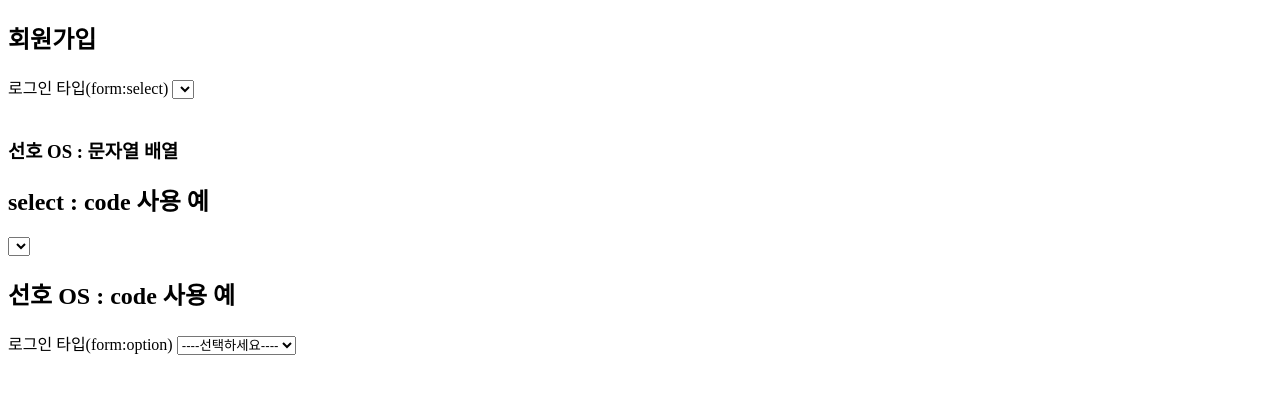
Repository: hanskim431/STS_Study
Page: http://localhost/sp5-chap11/WEB-INF/view/form/form2.jsp
These files come from the project's save history. The page is drawn as it stood at one moment and after the next save; the edit follows.
The browser window is 1280 px wide. The pictures show the whole page.
The page is served by Tomcat 9. Nobody is signed in. Other server files are loaded and not shown. The template is opened directly, without the code that normally fills it, so the values that code supplies are empty.

Above is the page before, as saved 2023-06-09 03:06:49.

### sp5-chap11/src/main/webapp/WEB-INF/view/form/form2.jsp
<%@ page language="java" contentType="text/html; charset=UTF-8"
    pageEncoding="UTF-8"%>
<%@ taglib prefix="c" uri="http://java.sun.com/jsp/jstl/core" %>
<%@ taglib prefix="form" uri="http://www.springframework.org/tags/form" %>
<!DOCTYPE html>
<html>
<head>
<meta charset="UTF-8">
<title>Insert title here</title>
</head>
<body>
<h2>회원가입</h2>
<form:form modelAttribute="formCommand">
	<!--  -->
	<div>
		<label for="loginType">로그인 타입(form:select)</label>
		<form:select path="loginType" items="${loginType}"></form:select>
	</div>

	<br>

	<div>
	<h3>선호 OS : 문자열 배열</h3>
	<form:checkboxes items="${favoriteOsNames}" path="favoriteOS" element="div"/>
	</div>

	<div>
	<h2>select : code 사용 예</h2>
	<form:select path="jobCode">
		<form:options items="${jobCode}" itemLabel="label" itemValue="code"/>
	</form:select>
	</div>

	<div>
	<h2>선호 OS : code 사용 예</h2>
		<form:checkboxes items="${favoriteOsCodes}" path="favoriteOS" itemLabel="label" itemValue="code"/>
	</div>
</form:form>

<form:form modelAttribute="formCommand">
	<div>
		<label for="loginType">로그인 타입(form:option)</label>
		<form:select path="loginType">
			<option value="">----선택하세요----</option>
			<form:option value="특수회원"/>
			<form:options items="${loginType}"/>
		</form:select>
	</div>

</form:form>
</body>
</html>

After the next save:
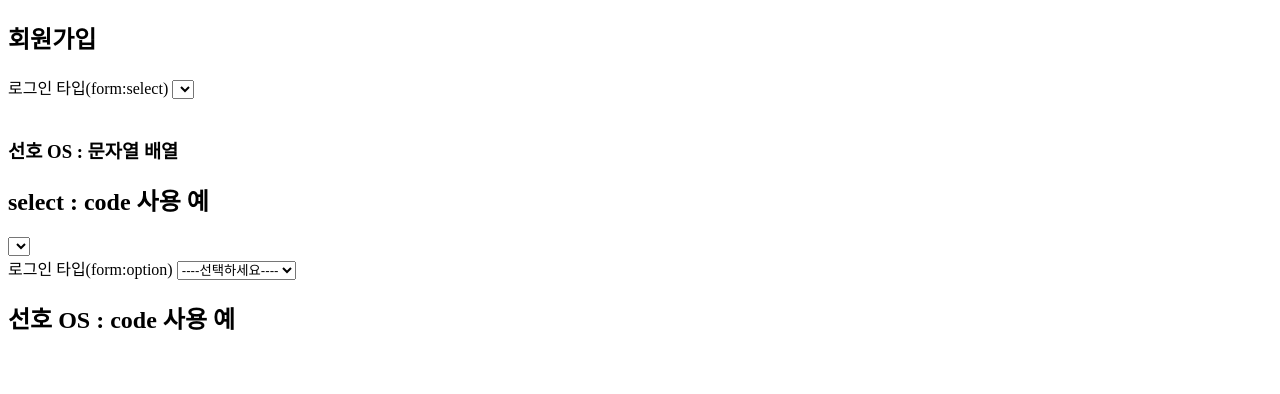
Saved 8 s later.
--- a/sp5-chap11/src/main/webapp/WEB-INF/view/form/form2.jsp
+++ b/sp5-chap11/src/main/webapp/WEB-INF/view/form/form2.jsp
@@ -31,10 +31,6 @@
 	</form:select>
 	</div>
 
-	<div>
-	<h2>선호 OS : code 사용 예</h2>
-		<form:checkboxes items="${favoriteOsCodes}" path="favoriteOS" itemLabel="label" itemValue="code"/>
-	</div>
 </form:form>
 
 <form:form modelAttribute="formCommand">
@@ -47,6 +43,10 @@
 		</form:select>
 	</div>
 
+	<div>
+	<h2>선호 OS : code 사용 예</h2>
+		<form:checkboxes items="${favoriteOsCodes}" path="favoriteOS" itemLabel="label" itemValue="code"/>
+	</div>
 </form:form>
 </body>
 </html>
